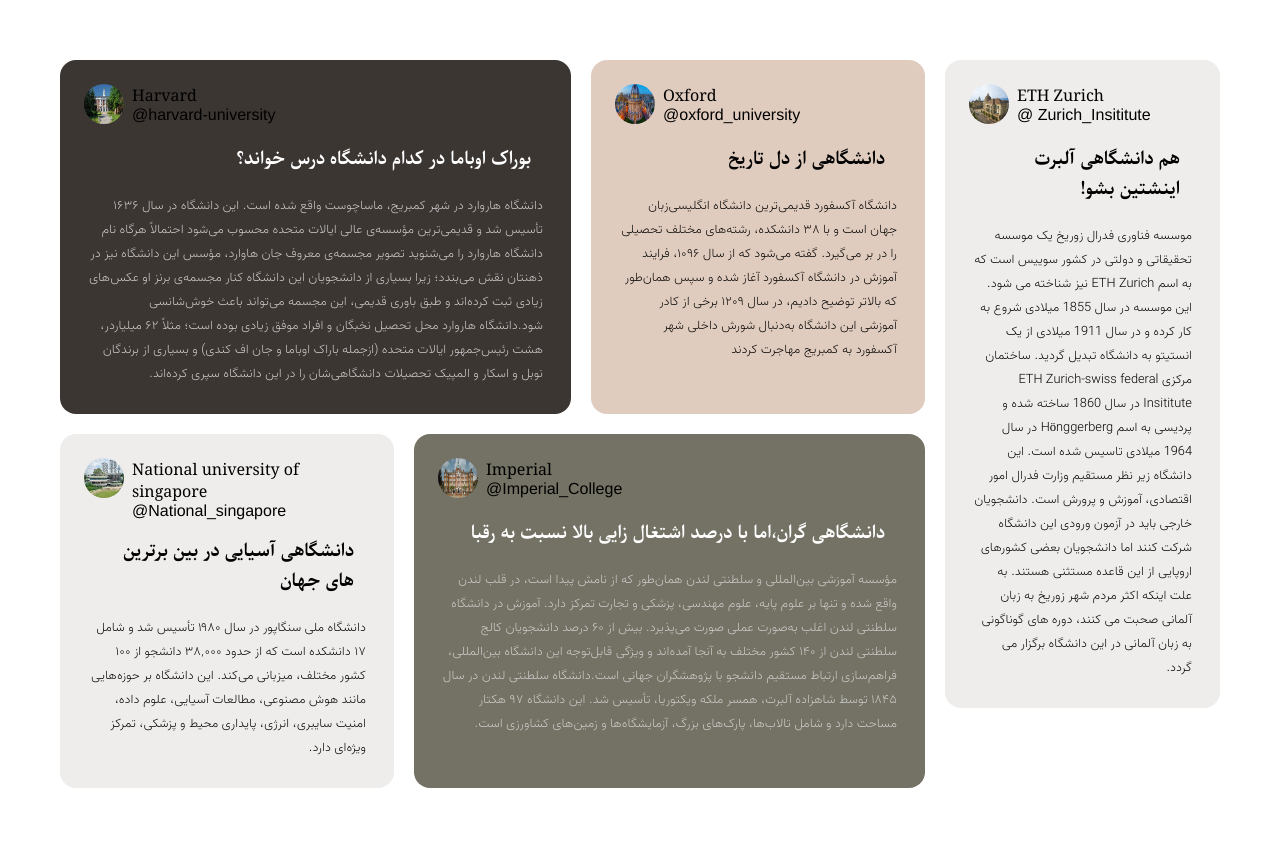
Repository: rahanwz/cards
Page: cards.html
These files come from the project's save history. The page is drawn as it stood at one moment and after the next save; the edit follows.
The browser window is 1280 px wide. The pictures show the whole page.

Above is the page before, as saved 2024-02-17 16:56:53.

### cards.html
<!DOCTYPE html>
<html lang="en">
  <head>
    <meta charset="UTF-8" />
    <meta name="viewport" content="width=device-width, initial-scale=1.0" />
    <title>Document</title>
    <link rel="stylesheet" href="cards.css" />
  </head>
  <body>
    <div class="container">
      <div class="boxcard1">
        <div class="cardcontainer big-card">
          <div class="card1">
            <div class="head">
              <div class="profile">
                <div class="profilecontaner">
                  <img
                    src="harvard-university-6591e0b9df73096be8d614ee.webp"
                    alt=""
                  />
                </div>
              </div>

              <div>
                <div class="user">Harvard</div>
                <div class="id">@harvard-university</div>
              </div>
            </div>
            <div class="descrip1" style="color: #ffffff;">بوراک اوباما در کدام دانشگاه درس خواند؟</div>
            <div class="descrip2" style=" color: #d0d0d0;">
              دانشگاه هاروارد در شهر کمبریج، ماساچوست واقع شده است. این دانشگاه
              در سال ۱۶۳۶ تأسیس شد و قدیمی‌ترین مؤسسه‌ی عالی ایالات متحده محسوب
              می‌شود احتمالاً هرگاه نام دانشگاه هاروارد را می‌شنوید تصویر
              مجسمه‌ی معروف جان هاوارد، مؤسس این دانشگاه نیز در ذهنتان نقش
              می‌بندد؛ زیرا بسیاری از دانشجویان این دانشگاه کنار مجسمه‌ی برنز او
              عکس‌های زیادی ثبت کرده‌اند و طبق باوری قدیمی، این مجسمه می‌تواند
              باعث خوش‌شانسی شود.دانشگاه هاروارد محل تحصیل نخبگان و افراد موفق
              زیادی بوده است؛ مثلاً ۶۲ میلیاردر، هشت‌ رئیس‌جمهور ایالات متحده
              (ازجمله باراک اوباما و جان اف کندی) و بسیاری از برندگان نوبل و
              اسکار و المپیک تحصیلات دانشگاهی‌شان را در این دانشگاه سپری
              کرده‌اند.
            </div>
          </div>
        </div>

        <div class="cardcontainer small-card">
          <div class="card2">
            <div class="head">
              <div class="profile">
                <div class="profilecontaner">
                  <img
                    src="oxford-university-jpg-6591b422df73096be8d6145c.webp"
                    alt=""
                  />
                </div>
              </div>
              <div>
                <div class="user">Oxford</div>
                <div class="id">@oxford_university</div>
              </div>
            </div>
            <div class="descrip1">دانشگاهی از دل تاریخ</div>
            <div class="descrip2">
              دانشگاه آکسفورد قدیمی‌ترین دانشگاه انگلیسی‌زبان جهان است و با ۳۸
              دانشکده، رشته‌های مختلف تحصیلی را در بر می‌گیرد. گفته می‌شود که از
              سال ۱۰۹۶، فرایند آموزش در دانشگاه آکسفورد آغاز شده و سپس همان‌طور
              که بالاتر توضیح دادیم، در سال ۱۲۰۹ برخی از کادر آموزشی این دانشگاه
              به‌دنبال شورش داخلی شهر آکسفورد به کمبریج مهاجرت کردند
            </div>
          </div>
        </div>

        <div class="cardcontainer small-card">
          <div class="card3">
            <div class="head">
              <div class="profile">
                <div class="profilecontaner">
                  <img src="nus-6591f1acdf73096be8d61515.webp" alt="" />
                </div>
              </div>

              <div>
                <div class="user">National university of singapore</div>
                <div class="id">@National_singapore</div>
              </div>
            </div>
            <div class="descrip1">دانشگاهی آسیایی در بین برترین های جهان</div>
            <div class="descrip2">
              دانشگاه ملی سنگاپور در سال ۱۹۸۰ تأسیس شد و شامل ۱۷ دانشکده‌ است که
              از حدود ۳۸٬۰۰۰ دانشجو از ۱۰۰ کشور مختلف، میزبانی می‌کند. این
              دانشگاه بر حوزه‌هایی مانند هوش مصنوعی، مطالعات آسیایی، علوم داده،
              امنیت سایبری، انرژی، پایداری محیط و پزشکی، تمرکز ویژه‌ای دارد.
            </div>
          </div>
        </div>
        <div class="cardcontainer big-card">
          <div class="card4">
            <div class="head">
              <div class="profile">
                <div class="profilecontaner">
                  <img
                    src="imperial-college-london-6591e911df73096be8d614fb.webp"
                    alt=""
                  />
                </div>
              </div>

              <div>
                <div class="user">Imperial</div>
                <div class="id">@Imperial_College</div>
              </div>
            </div>
            <div class="descrip1" style="color: #ffffff;">
              دانشگاهی گران،اما با درصد اشتغال زایی بالا نسبت به رقبا
            </div>
            <div class="descrip2" style="color: #cfcfcf;">
              مؤسسه آموزشی بین‌المللی و سلطنتی لندن همان‌طور که از نامش پیدا
              است، در قلب لندن واقع شده و تنها بر علوم پایه، علوم مهندسی، پزشکی
              و تجارت تمرکز دارد. آموزش در دانشگاه سلطنتی لندن اغلب به‌صورت عملی
              صورت می‌پذیرد. بیش از ۶۰ درصد دانشجویان کالج سلطنتی لندن از ۱۴۰
              کشور مختلف به آنجا آمده‌اند و ویژگی قابل‌توجه این دانشگاه
              بین‌المللی، فراهم‌سازی ارتباط مستقیم دانشجو با پژوهشگران جهانی
              است.دانشگاه سلطنتی لندن در سال ۱۸۴۵ توسط شاهزاده آلبرت، همسر ملکه
              ویکتوریا، تأسیس شد. این دانشگاه ۹۷ هکتار مساحت دارد و شامل
              تالاب‌ها، پارک‌های بزرگ، آزمایشگاه‌ها و زمین‌های کشاورزی است.
            </div>
          </div>
        </div>
      </div>
      <div class="boxcard2">
        <div class="cardcontainer">
          <div class="card5">
            <div class="head">
              <div class="profile">
                <div class="profilecontaner">
                  <img src="zurich-eth-6591f083df73096be8d6150c.webp" alt="" />
                </div>
              </div>

              <div>
                <div class="user">ETH Zurich</div>
                <div class="id">@ Zurich_Insititute</div>
              </div>
            </div>
            <div class="descrip1" ">هم دانشگاهی آلبرت اینشتین بشو!</div>
            <div class="descrip2">
              موسسه فناوری فدرال زوریخ یک موسسه تحقیقاتی و دولتی در کشور سوییس
              است که به اسم ETH Zurich نیز شناخته می شود. این موسسه در سال 1855
              میلادی شروع به کار کرده و در سال 1911 میلادی از یک انستیتو به
              دانشگاه تبدیل گردید. ساختمان مرکزی ETH Zurich-swiss federal
              Insititute در سال 1860 ساخته شده و پردیسی به اسم Hönggerberg در
              سال 1964 میلادی تاسیس شده است. این دانشگاه زیر نظر مستقیم وزارت
              فدرال امور اقتصادی، آموزش و پرورش است. دانشجویان خارجی باید در
              آزمون ورودی این دانشگاه شرکت کنند اما دانشجویان بعضی کشورهای
              اروپایی از این قاعده مستثنی هستند. به علت اینکه اکثر مردم شهر
              زوریخ به زبان آلمانی صحبت می کنند، دوره های گوناگونی به زبان
              آلمانی در این دانشگاه برگزار می گردد.
            </div>
          </div>
        </div>
      </div>
    </div>
  </body>
</html>

### cards.css
* {
  padding: 0;
  margin: 0;
  box-sizing: border-box;
}

.container {
  display: flex;
  flex-direction: column;
  width: 100%;
  height: auto;
  padding: 3rem 2.5rem;
}

.head {
  display: flex;
}

.cardcontainer {
  width: 100%;
  padding: 10px;
}

.card1 {
  background-color: #3c3633;
  padding: 1.5rem;
  border-radius: 1rem;
}
.profile img {
  width: 40px;
  height: 40px;
  margin-right: 0.5rem;
  border-radius: 50%;
}

.descrip {
  padding-top: 1.5rem;
}

.card2 {
  background-color: #e0ccbe;
  padding: 1.5rem;
  border-radius: 1rem;
}
.card3 {
  background-color: #eeedeb;
  padding: 1.5rem;
  border-radius: 1rem;
}
.card4 {
  padding: 1.5rem;
  border-radius: 1rem;
  background-color: #747264;
}

.card5 {
  background-color: #eeedeb;
  padding: 1.5rem;
  border-radius: 1rem;
}

@media (min-width: 1024px) {
  .container {
    flex-direction: row;
    padding: 50px;
    height: 100%;
  }

  .boxcard1 {
    display: flex;
    width: 75%;
    height:20%;
    flex-wrap: wrap;

  }

  .boxcard2 {
    width: 25%;
     height: 65%;
  }

  .big-card {
    width:60%;
  }
  .small-card {
    width:40%;
  }
  .card1,.card2,.card3,.card4,.card5{
    height: 100%;
  }

.descrip1,
.descrip2 {
  direction: rtl;
}

.descrip1{
 font-size: 1.1rem;
 padding: 1rem;
 font-family: titr;
}

.descrip2{
  padding: .25rem;
  font-size:.80rem;
  line-height:1.5rem;
  font-family:des;
}
.user{
  font-family: 'Franklin Gothic Medium', 'Arial Narrow', Arial, sans-serif;
  font-family:Cambria, Cochin, Georgia, Times, 'Times New Roman', serif;
}
.id{
  font-family: 'Franklin Gothic Medium', 'Arial Narrow', Arial, sans-serif;
}

}


@font-face{
  font-family:titr;
  src: url(font/Parastoo-Bold-FD-WOL.woff);
}



@font-face{
  font-family:des;
  src: url(font/Vazir-Thin.woff2);
}

After the next save:
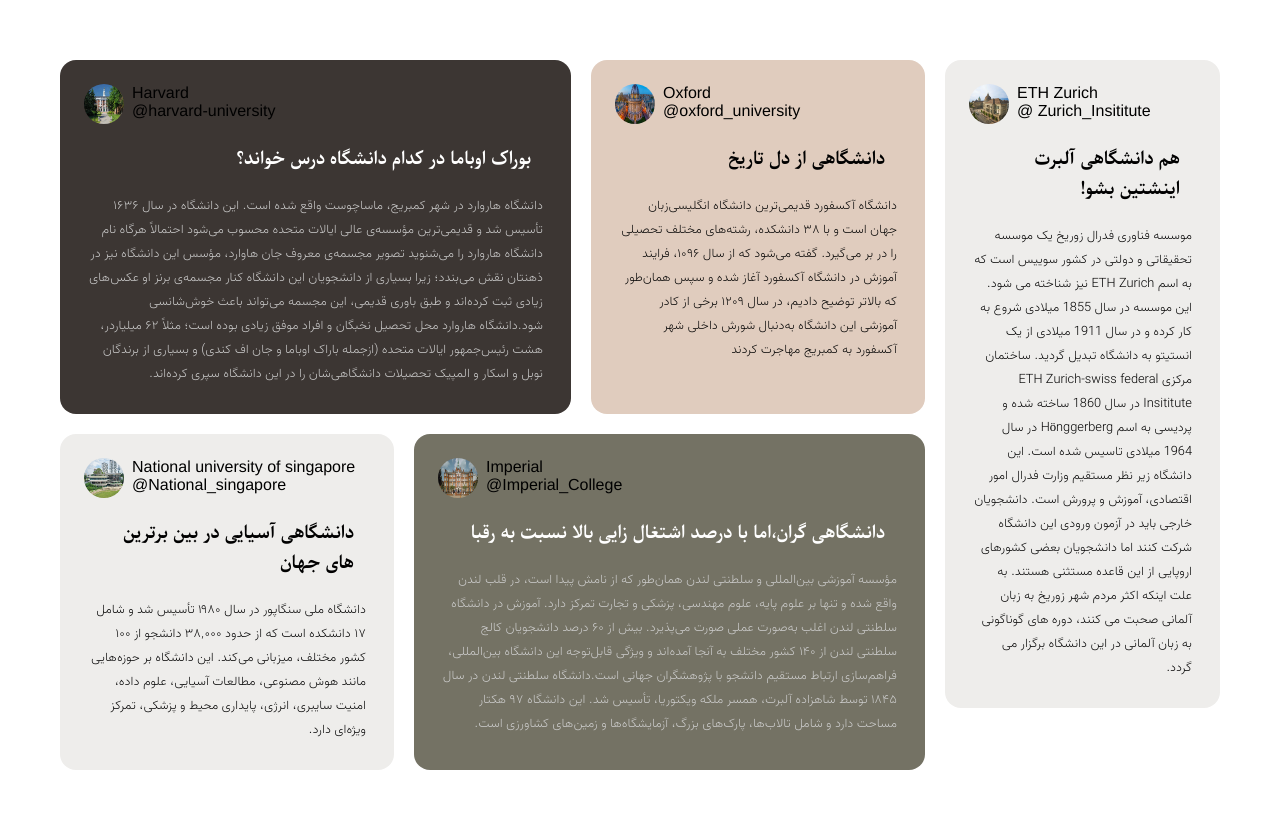
Saved 4 s later.
--- a/cards.css
+++ b/cards.css
@@ -108,7 +108,7 @@
 }
 .user{
   font-family: 'Franklin Gothic Medium', 'Arial Narrow', Arial, sans-serif;
-  font-family:Cambria, Cochin, Georgia, Times, 'Times New Roman', serif;
+
 }
 .id{
   font-family: 'Franklin Gothic Medium', 'Arial Narrow', Arial, sans-serif;
